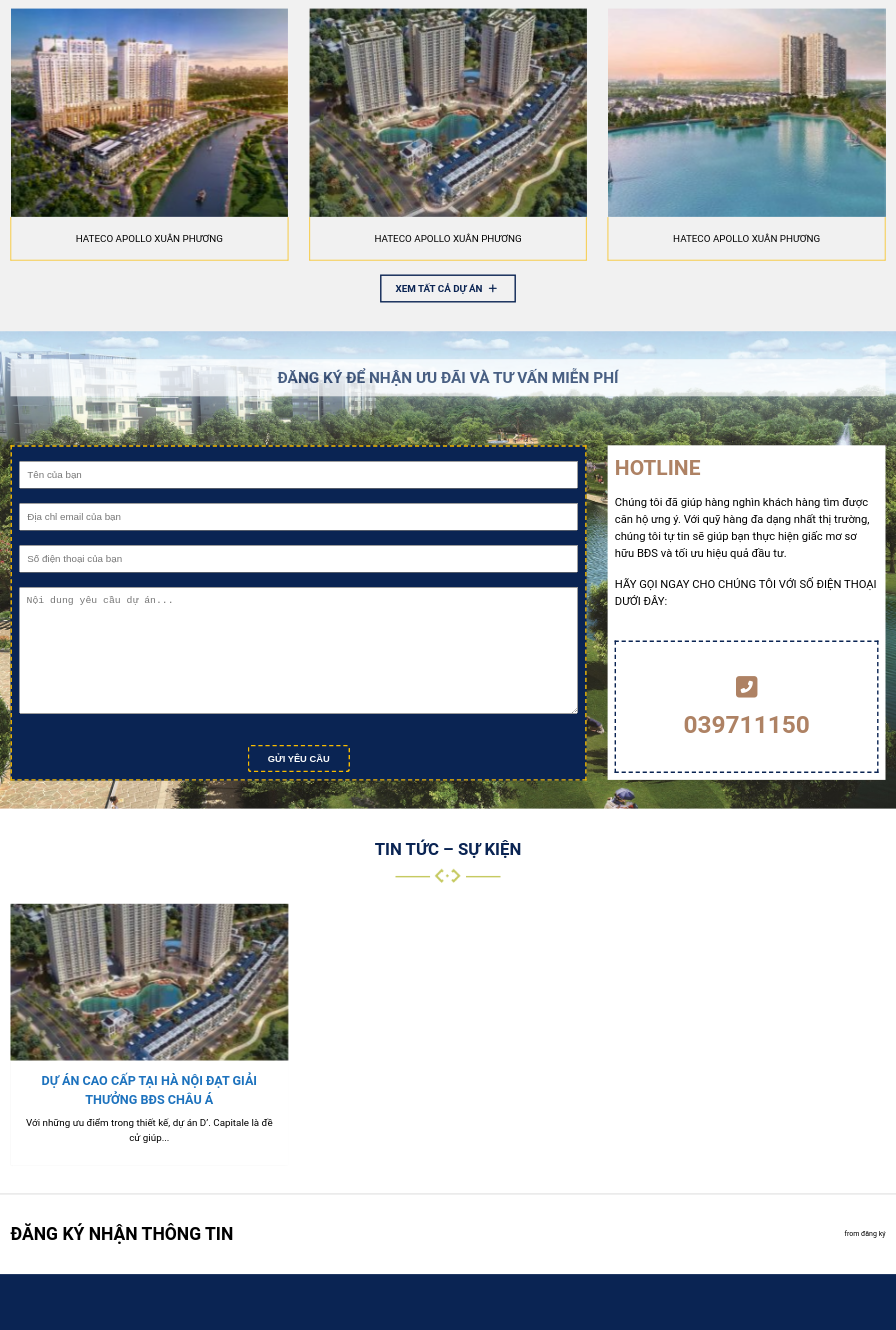
Repository: phamphuc2/fontend-bds
Page: index.html
These files come from the project's save history. The page is drawn as it stood at one moment and after the next save; the edit follows.
The browser window is 1280 px wide. The pictures show the part of the page from y = 1733 to 3633 px (the page is 4096 px tall), at 70% of full size.
A picture or video elsewhere on the page could not be fetched, so the positions and the page height are approximate. Backgrounds fixed to the window are drawn as part of the page. Some web libraries are served in a nearby version.

Above is the page before, as saved 2022-06-09 07:58:27.

After the next save:
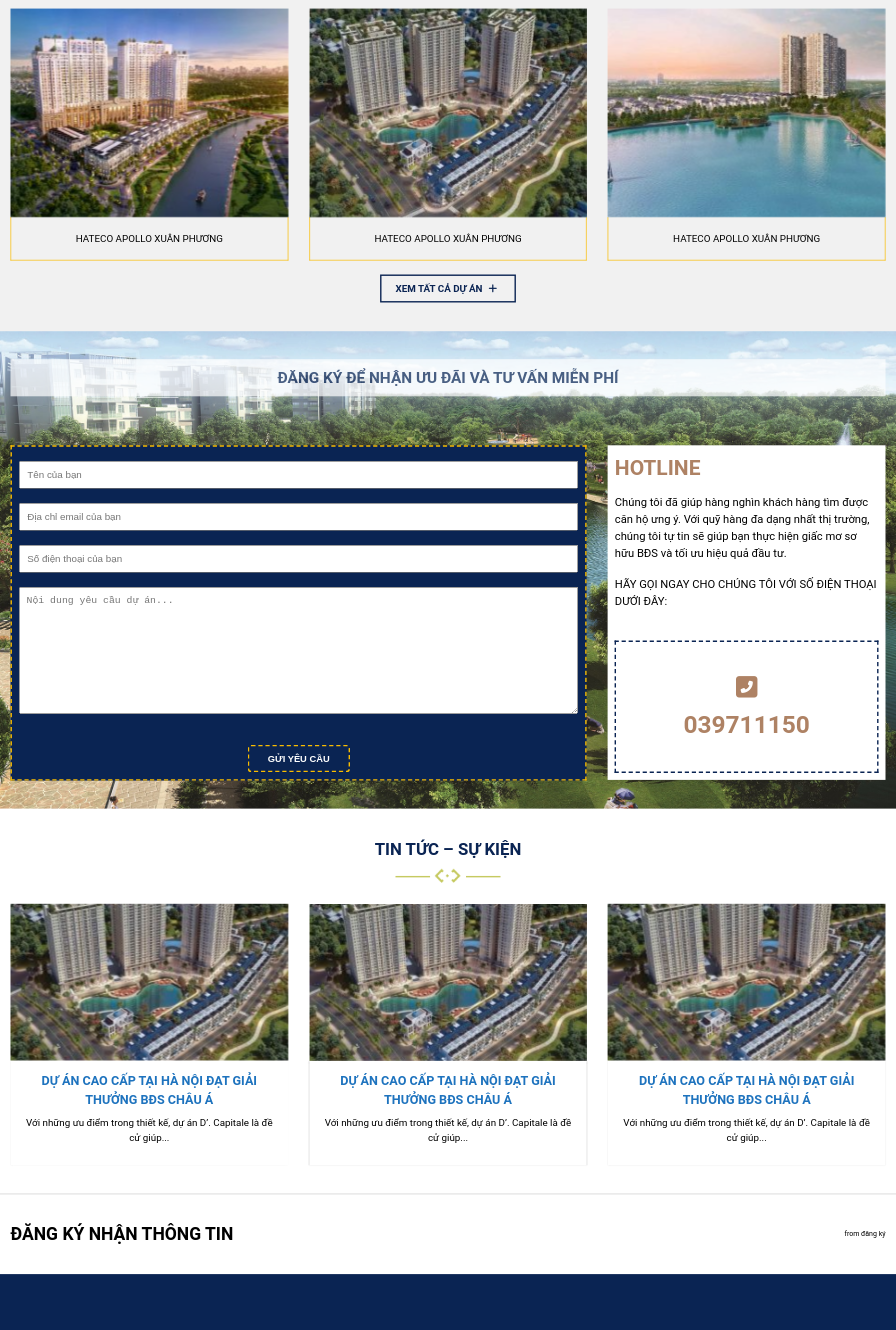
Saved 14 s later.
--- a/index.html
+++ b/index.html
@@ -370,6 +370,28 @@
                             </div>
                         </a>
                     </div>
+                    <div class="col-lg-4">
+                        <a href="" class="box-item">
+                            <div class="img-wrap">
+                                <img src="./assets/images/project1.jpg" alt="">
+                            </div>
+                            <div class="content">
+                                <h2 class="title">Dự án cao cấp tại Hà Nội đạt giải thưởng BĐS châu Á</h2>
+                                <p class="desc">Với những ưu điểm trong thiết kế, dự án D’. Capitale là đề cử giúp...					</p>
+                            </div>
+                        </a>
+                    </div>
+                    <div class="col-lg-4">
+                        <a href="" class="box-item">
+                            <div class="img-wrap">
+                                <img src="./assets/images/project1.jpg" alt="">
+                            </div>
+                            <div class="content">
+                                <h2 class="title">Dự án cao cấp tại Hà Nội đạt giải thưởng BĐS châu Á</h2>
+                                <p class="desc">Với những ưu điểm trong thiết kế, dự án D’. Capitale là đề cử giúp...					</p>
+                            </div>
+                        </a>
+                    </div>
                </div>
             </div>
         </section>
